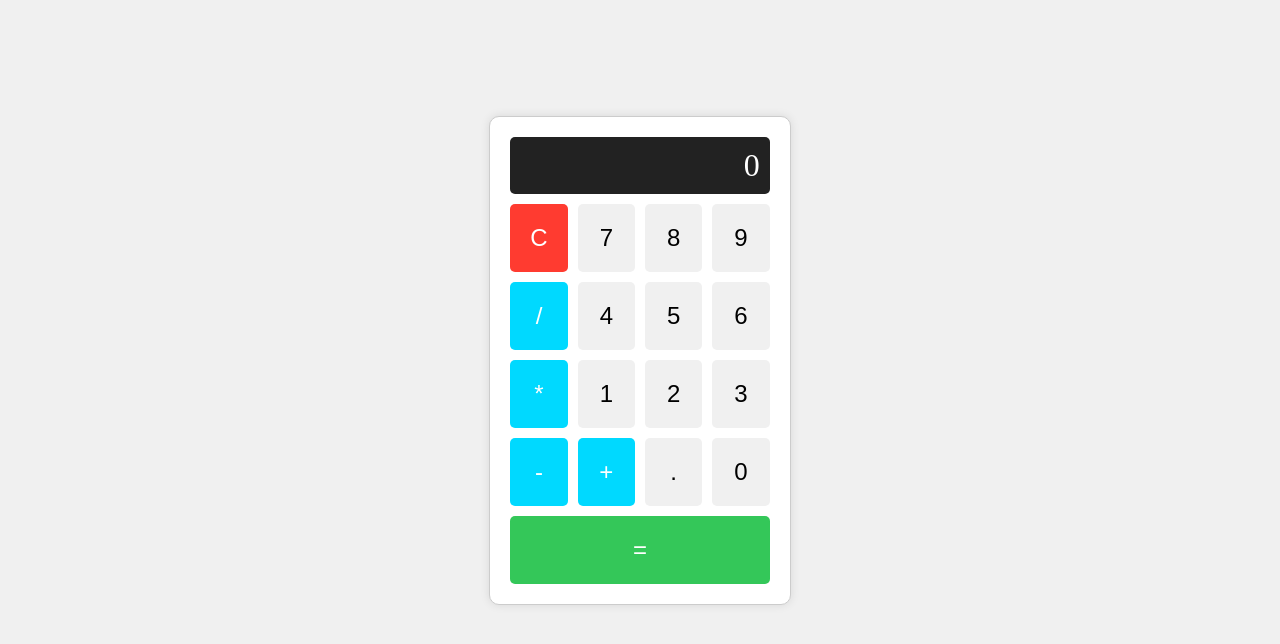
Repository: alizey12/calculator
Page: index.html
The author's editor kept a copy of each file at every save. The page is drawn from the files as they stood at one save, then again after the next save.
The browser window is 1280 px wide. The pictures show the whole page.

Above is the page before, as saved 2024-11-23 18:37:38.

After the next save:
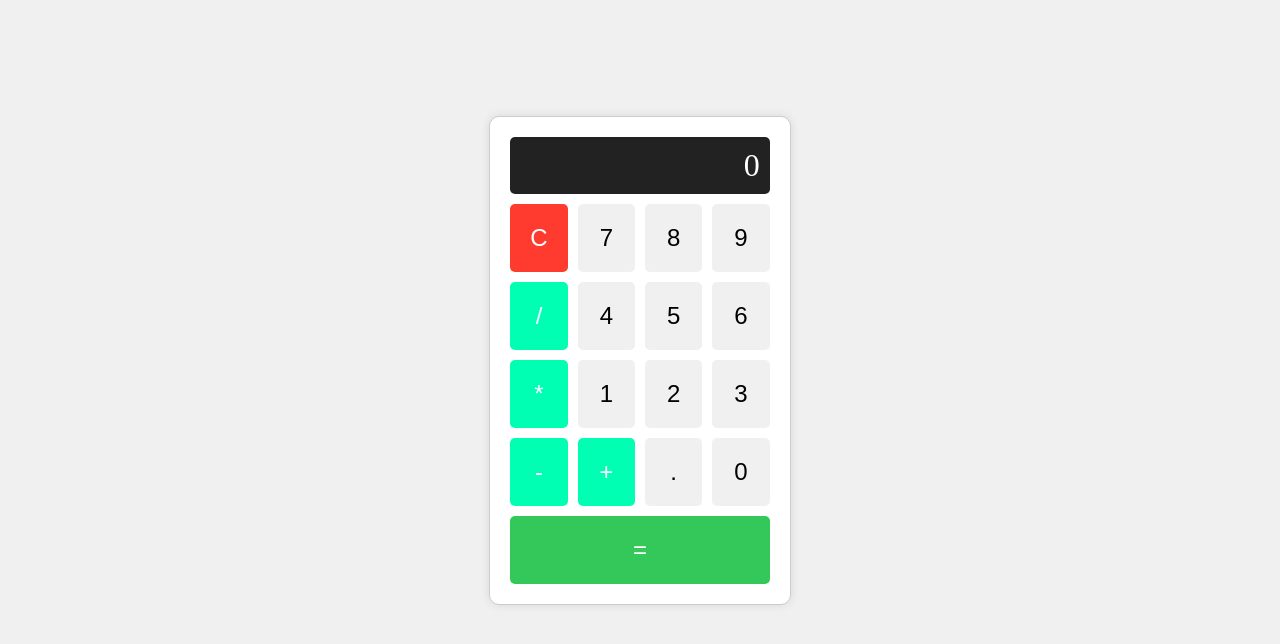
Saved 6 s later.
--- a/styles.css
+++ b/styles.css
@@ -45,7 +45,7 @@ body {
 }
 
 .btn.operator {
-    background-color: #00d9ff;
+    background-color: #00ffb3;
     color: #fff;
 }
 
